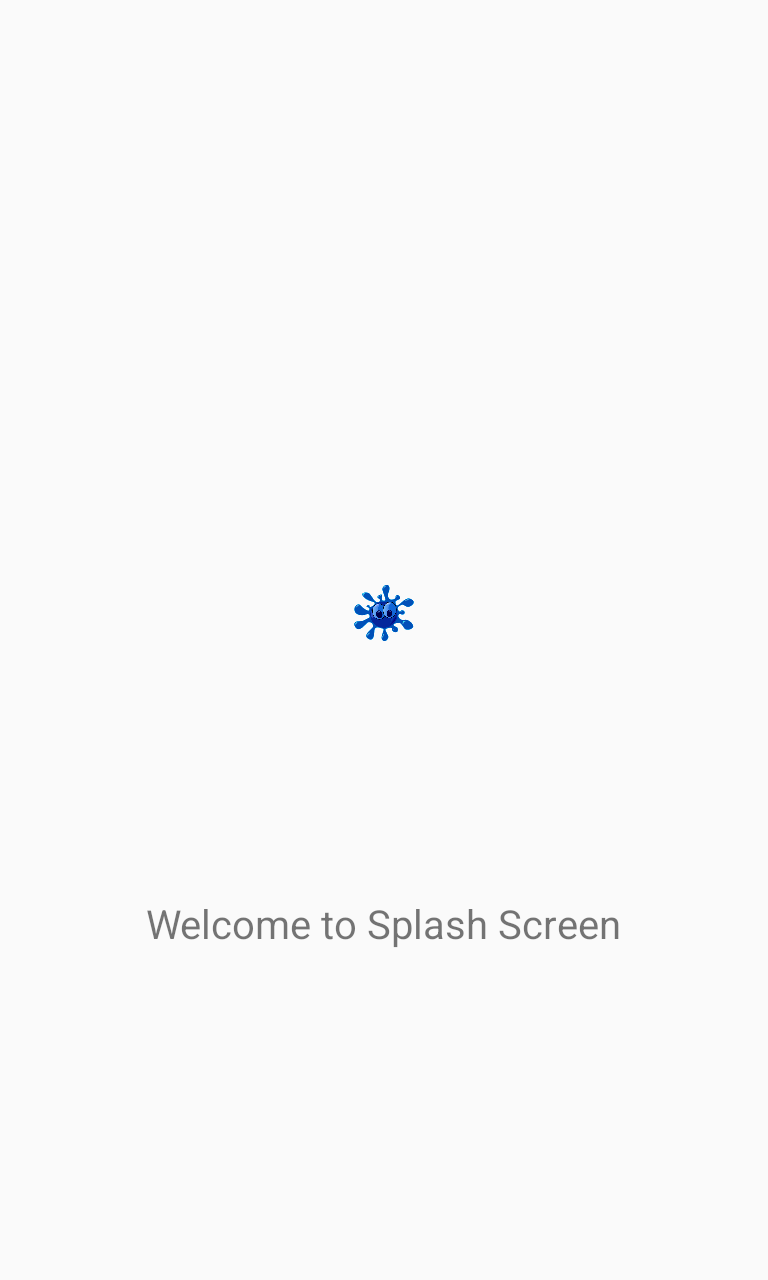
Repository: AlvaroCortez/Assigment1
Layout: SplashScreen/res/layout/activity_main.xml
The author's editor kept a copy of each file at every save. The layout is drawn from the files as they stood at one save, then again after the next save.
It is drawn on a 768 x 1280 px phone screen (xhdpi) without system bars, with theme AppTheme; the app's code is not run.

Above is the layout before, as saved 2014-04-27 18:21:58.

### SplashScreen/res/layout/activity_main.xml
<LinearLayout xmlns:android="http://schemas.android.com/apk/res/android"
    xmlns:tools="http://schemas.android.com/tools"
    android:layout_width="match_parent"
    android:layout_height="match_parent"
    android:gravity="center"
    android:orientation="vertical" >

    <ImageView
        android:layout_width="30"
        android:layout_height="wrap_content"
        android:contentDescription="@string/app_name"
        android:src="@drawable/splash">
        </ImageView>

        <TextView
        android:id="@+id/splash_message"
        android:layout_width="wrap_content"
        android:layout_height="wrap_content"
        android:text="@string/splash_message"
        android:textSize="20sp"
        tools:context=".MainActivity">
        </TextView>


</LinearLayout>

### SplashScreen/res/values/strings.xml
<?xml version="1.0" encoding="utf-8"?>
<resources>
    <string name="app_name">SplashScreen</string>
    <string name="hello_world">Hello world!</string>
    <string name="menu_settings">Settings</string>
    <string name="title_activity_main">MainActivity</string>
    <string name="action_settings">MainActivity</string>
    <string name="title_activity_demo">Splash Screen</string>
    <string name="splash_message">Welcome to Splash Screen</string>
    <string name="demo_message">Home Screen</string>
</resources>

Loaded but not shown: SplashScreen/res/values/styles.xml (common file); SplashScreen/res/values-v11/styles.xml (common file); SplashScreen/res/values-v14/styles.xml (common file)

After the next save:
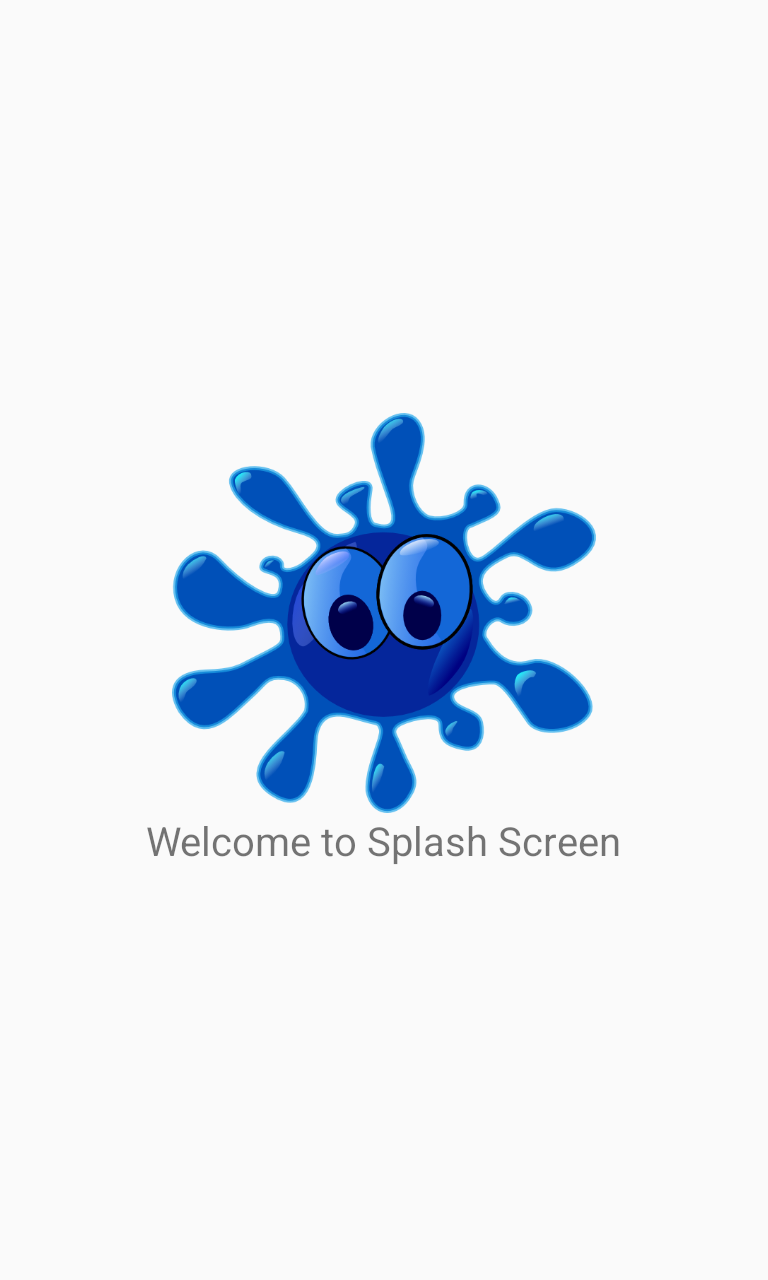
Saved 29 s later.
--- a/SplashScreen/res/layout/activity_main.xml
+++ b/SplashScreen/res/layout/activity_main.xml
@@ -6,8 +6,8 @@
     android:orientation="vertical" >
 
     <ImageView
-        android:layout_width="30"
-        android:layout_height="wrap_content"
+        android:layout_width="300"
+        android:layout_height="200"
         android:contentDescription="@string/app_name"
         android:src="@drawable/splash">
         </ImageView>
